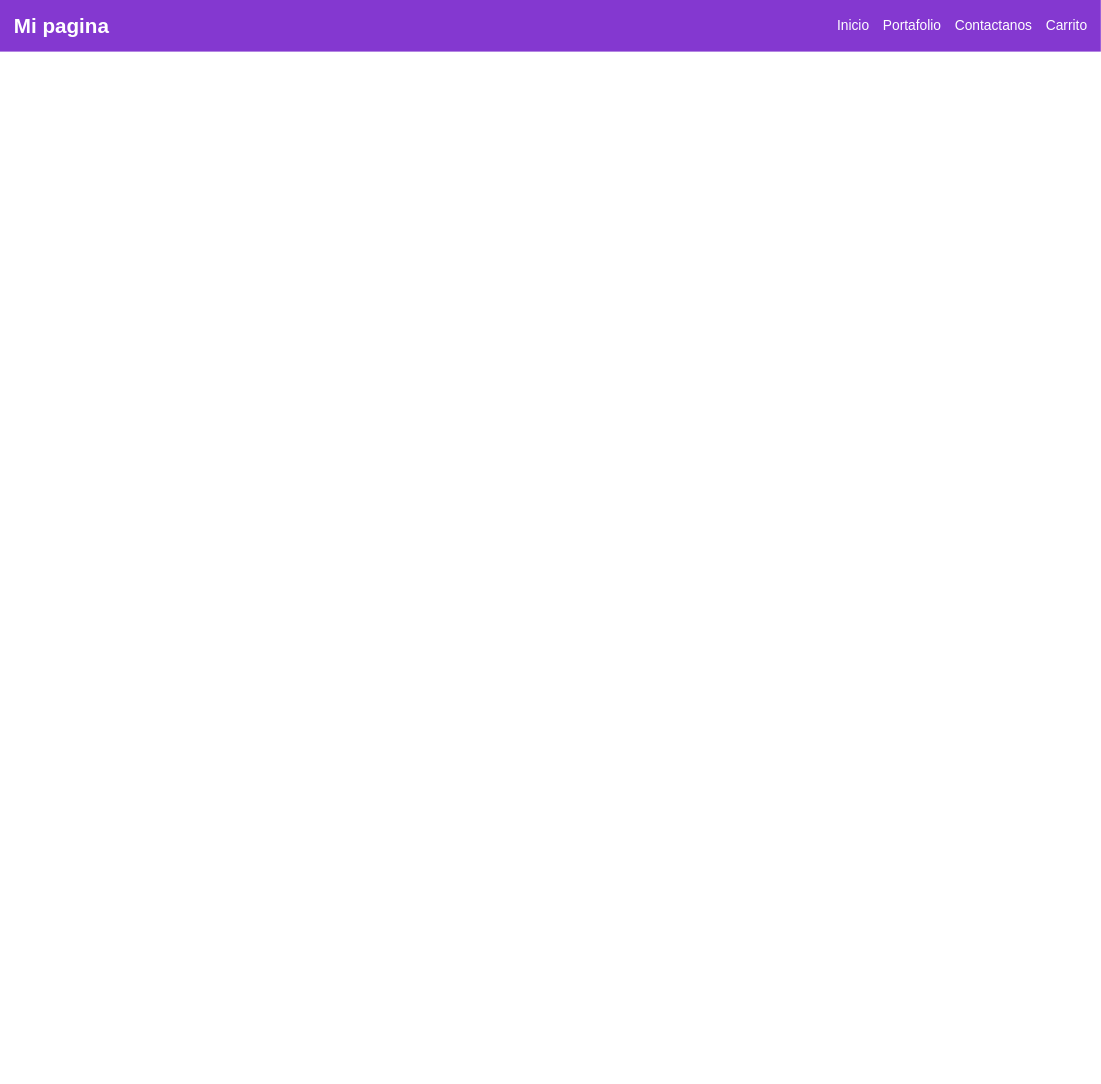
Repository: TzStrikerYT/Dise-o-web-NA00
Page: Proyecto-01/index.html
The author's editor kept a copy of each file at every save. The page is drawn from the files as they stood at one save, then again after the next save.
The browser window is 1280 px wide. The pictures show the whole page, at 86% of full size.

Above is the page before, as saved 2024-08-21 21:20:48.

### Proyecto-01/index.html
<!DOCTYPE html>
<html lang="en">
  <head>
    <meta charset="UTF-8" />
    <meta http-equiv="X-UA-Compatible" content="IE=edge" />
    <meta name="viewport" content="width=device-width, initial-scale=1.0" />
    <title>Document</title>
    <link rel="stylesheet" href="style.css" />
  </head>
  <body>

    <!-- barra de navegación -->
    <nav class="navbar">
        <div class="logo">
            <h2>Mi pagina</h2>
        </div>

        <div class="nav-options">
            <a href="#" class="hiper-nav">Inicio</a>
            <a href="#" class="hiper-nav">Portafolio</a>
            <a href="#" class="hiper-nav">Contactanos</a>
            <a href="#" class="hiper-nav">Carrito</a>
        </div>
    </nav>

    <section class="home-container">
        <div class="info"></div>
        <div class="experience"></div>
    </section>

    <section>
        <div></div>
        <div></div>
        <div></div>
    </section>



  </body>
</html>

### Proyecto-01/style.css
* {
  margin: 0;
  padding: 0;
  font-family: Arial, Helvetica, sans-serif;
  scroll-behavior: smooth;
}

.navbar {
    display: flex;
    justify-content: space-between;
    align-items: center;
    background: #8438d0;
    color: #fff;
    padding: 1rem;
}

.nav-options {
    display: flex;
    gap: 1rem;
}

.hiper-nav {
    text-decoration: none;
    color: #fff;
}

.hiper-nav:hover {
    color: #9e9e9e;
}

.home.container {
    display: flex;
}

.info {
    width: 30%;
    height: 600px;
    box-shadow: 12em;
}

.experience {
    width: 60%;
    height: 600px;
}

After the next save:
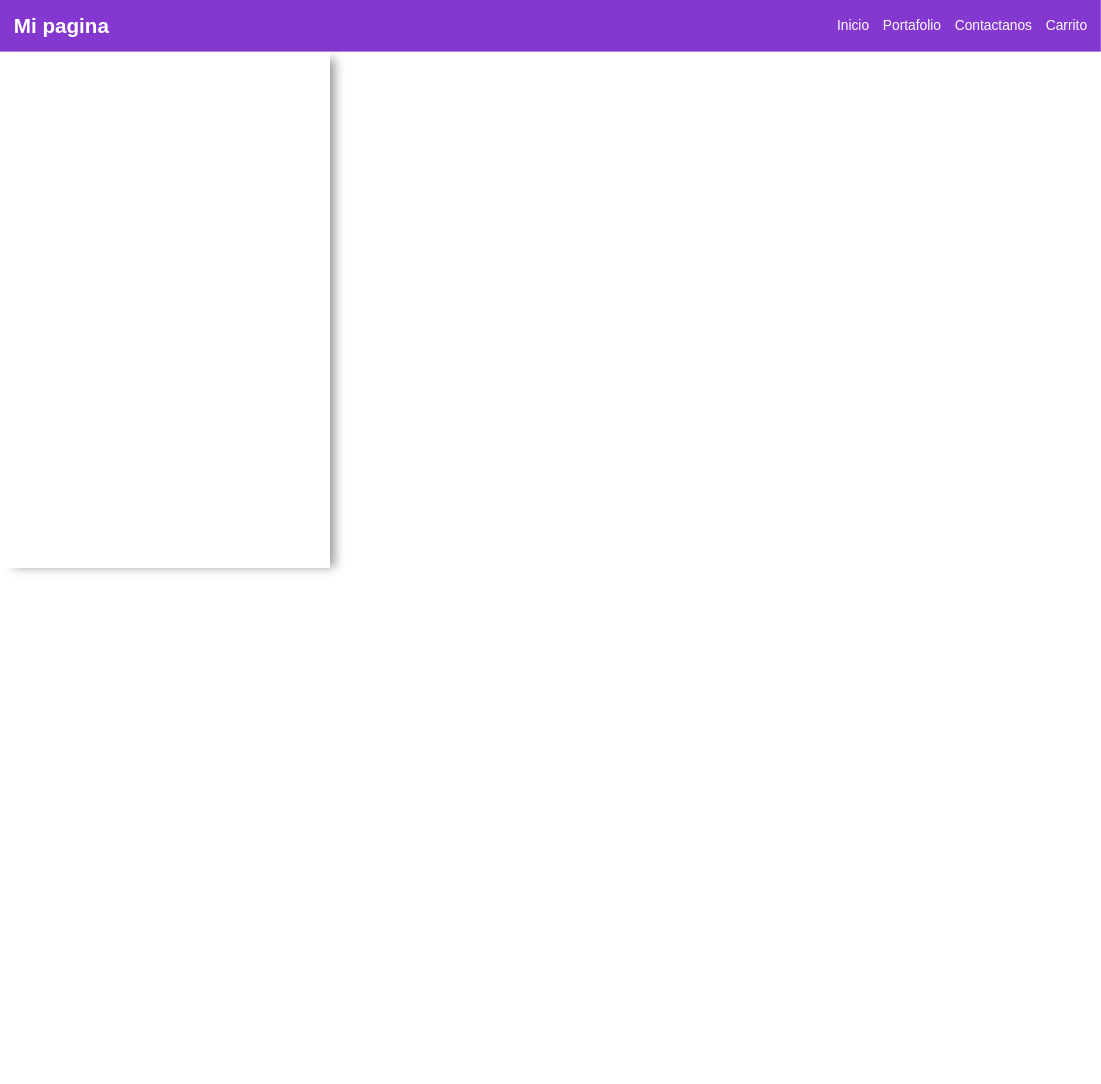
Saved 107 s later.
--- a/Proyecto-01/style.css
+++ b/Proyecto-01/style.css
@@ -35,7 +35,7 @@
 .info {
     width: 30%;
     height: 600px;
-    box-shadow: 12em;
+    box-shadow: 10px 4px 12px -5px rgba(0,0,0,0.42);
 }
 
 .experience {
